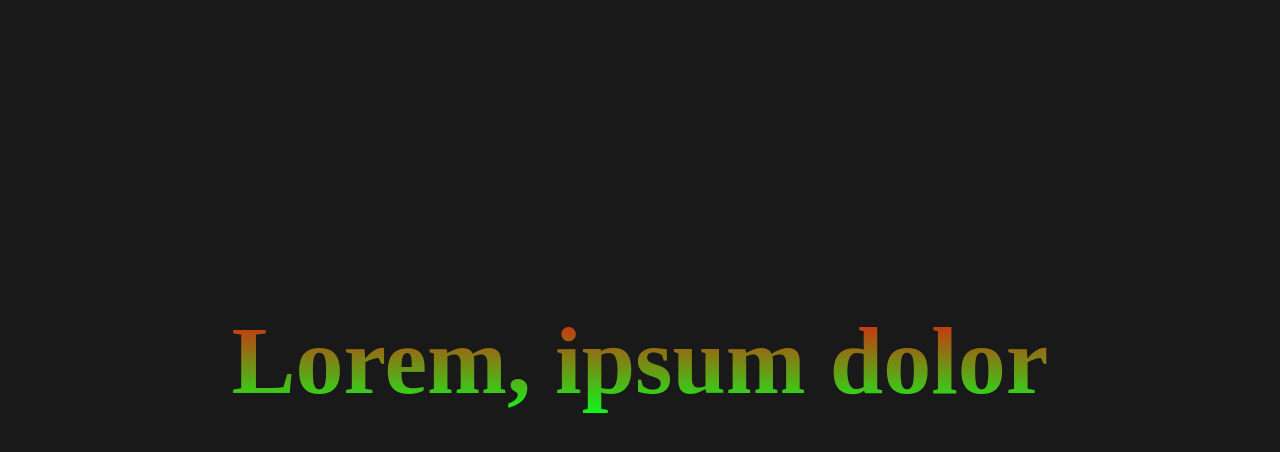
Repository: zuuo/--
Page: 文字颜色跑马灯/index.html
An editor plug-in stored every save of this project. The page is shown before and after the next save, followed by the edit.
The browser window is 1280 px wide. The pictures show the whole page.
The style sheet was rebuilt from its Sass, Less or Tailwind sources for each picture, by a compiler version that may differ from the author's.

Above is the page before, as saved 2024-03-01 16:53:21.

After the next save:
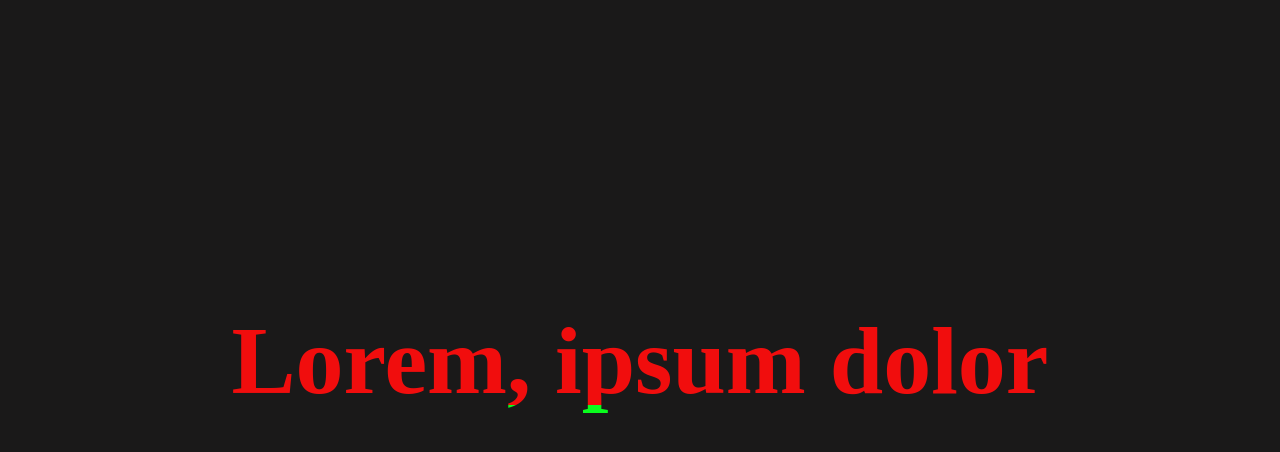
Saved 6 s later.
--- a/文字颜色跑马灯/style.less
+++ b/文字颜色跑马灯/style.less
@@ -15,7 +15,7 @@
         font-size: 96px;
         font-weight: bolder;
         display: block;
-        background-image: linear-gradient(to top, #09fd1d 0%, #f10d0d 100%);
+        background-image: linear-gradient(to top, #09fd1d 10%, #f10d0d 0%);
         background-position: 0% 50%;
         background-clip: text;
         // -webkit-background-clip: text;
